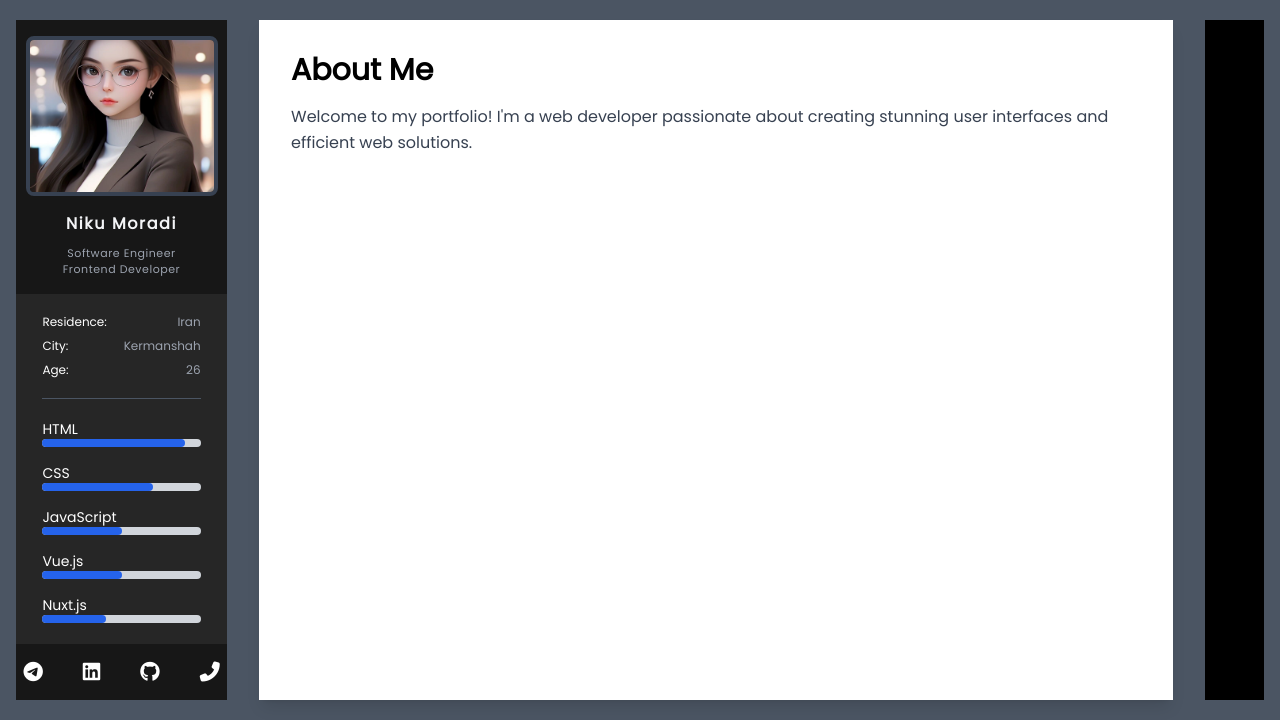
Repository: NikuMoradi/niku-moradi
Page: /
These files come from the project's save history. The page is drawn as it stood at one moment and after the next save; the edit follows.
The browser window is 1280 px wide. The pictures show the whole page.
The project was rebuilt for these pictures with package versions that can differ from the ones it lists, and the page was loaded fresh each time. The framework's server and built-in components were replaced by stand-ins that run in the browser. Also part of the build but not shown: nuxt.config.ts, components/Blog Posts/Component-Design.vue, components/Blog.vue, components/Contact.vue, components/Education.vue, components/Experience.vue, components/Hero.vue, components/Menu.vue and 3 more.

Above is the page before, as saved 2024-11-29 12:02:35.

After the next save:
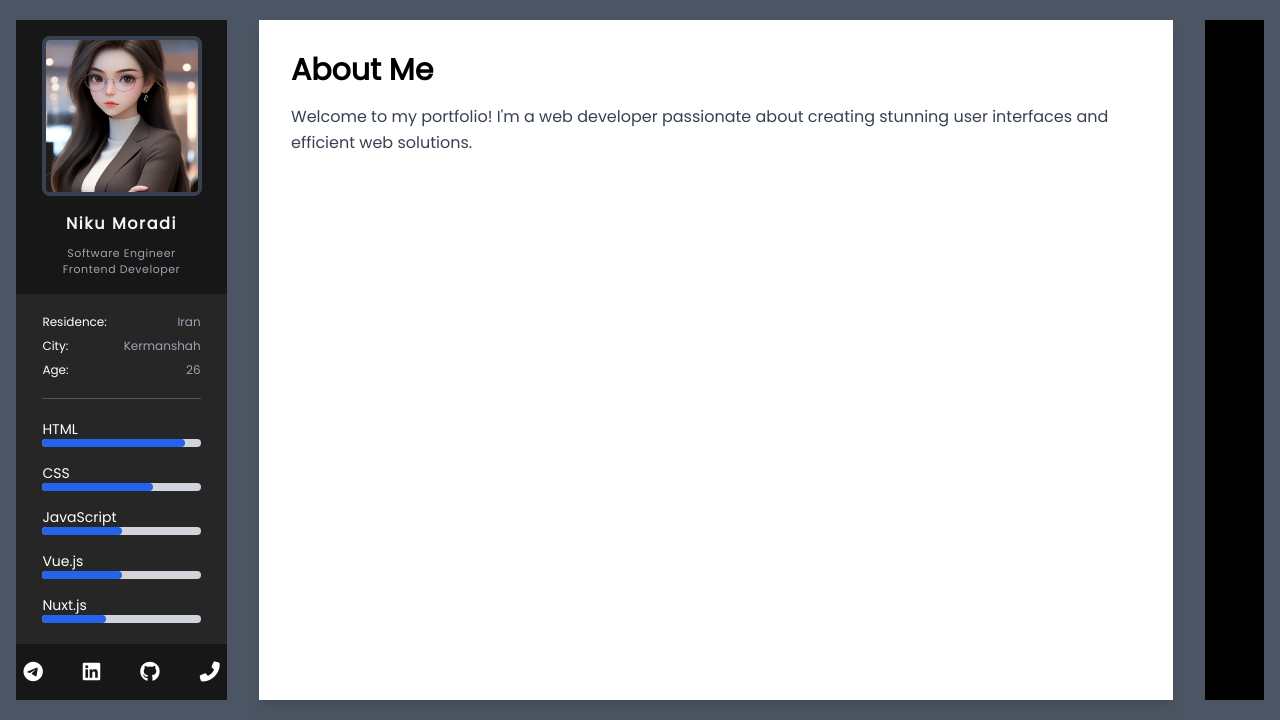
Saved 6 s later.
--- a/components/LeftPanel.vue
+++ b/components/LeftPanel.vue
@@ -10,7 +10,7 @@
       <img
         src="../assets/img/photo_2024-11-28_10-37-05.jpg"
         alt="Profile Picture"
-        class="w-48 h-40 mb-5 rounded-lg border-4 border-gray-700 object-cover object-center"
+        class="w-40 h-40 mb-5 rounded-lg border-4 border-gray-700 object-cover object-center"
       />
       <h2
         class="text-gray-100 text-[16px] font-semibold tracking-widest leading-[16.8px] mb-3"
